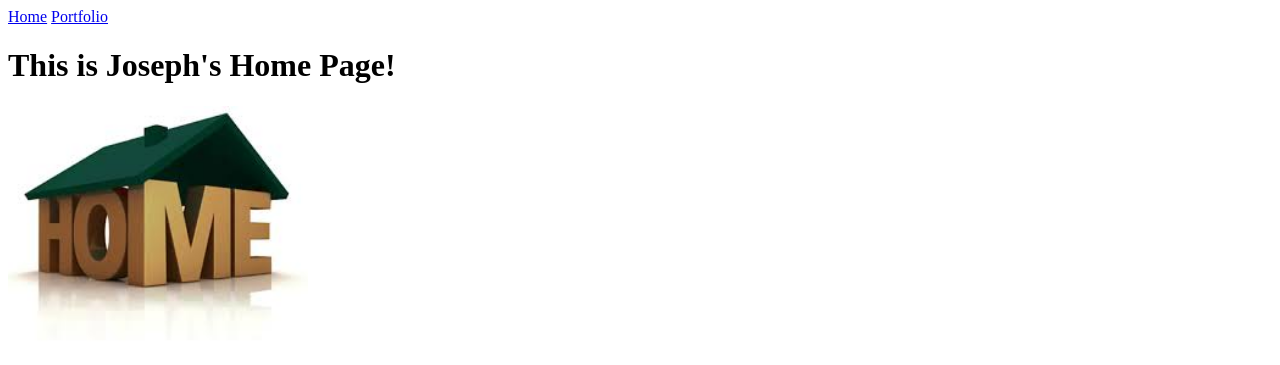
Repository: Tastymemes2017/Tastymemes2017.github.io
Page: my_website/index.html
The author's editor kept a record of every edit. The page is drawn from the files as they stood at one moment, then again after the next edit.
The browser window is 1280 px wide. The pictures show the whole page.

Above is the page before.

After the next edit:
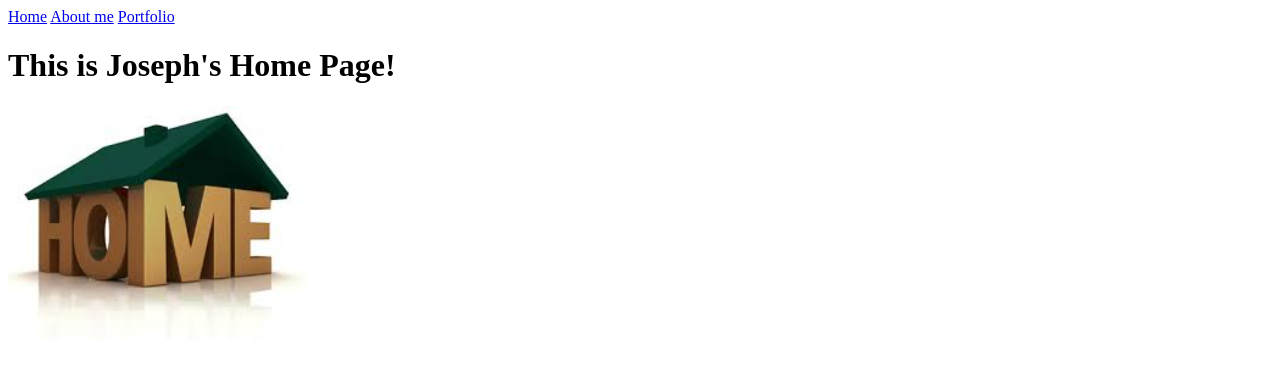
The edit:
--- a/my_website/index.html
+++ b/my_website/index.html
@@ -6,6 +6,7 @@
   </head>
   <body>
     <a href="index.html">Home</a>
+    <a href="Home.html">About me</a>
     <a href="portfolio.html">Portfolio</a>
     <h1>This is Joseph's Home Page!</h1>
     <img src="images/home.jpg" height="250">
